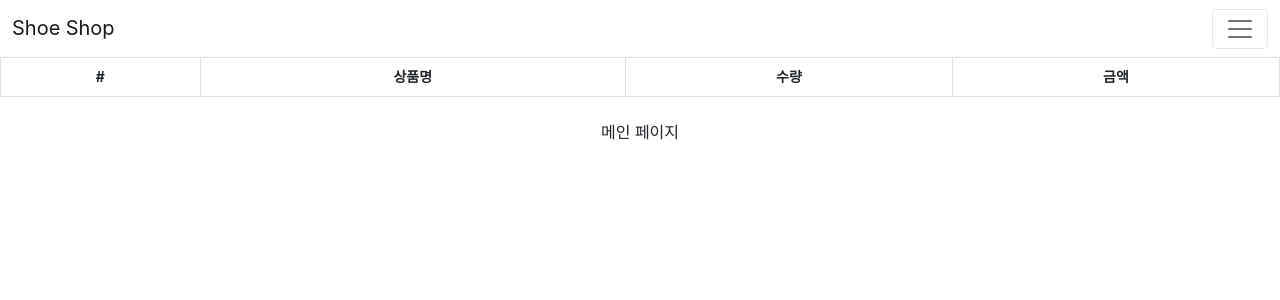
Repository: yangddoddi/shoe-store-pwa
Page: /#/cart
An editor plug-in stored every save of this project. The page is shown before and after a run of saves, followed by the edit.
The browser window is 1280 px wide. The pictures show the whole page.
The project was rebuilt for these pictures with package versions that can differ from the ones it lists, and the page was loaded fresh each time.

Above is the page before, as saved 2022-04-11 11:43:50.

After the next 2 saves:
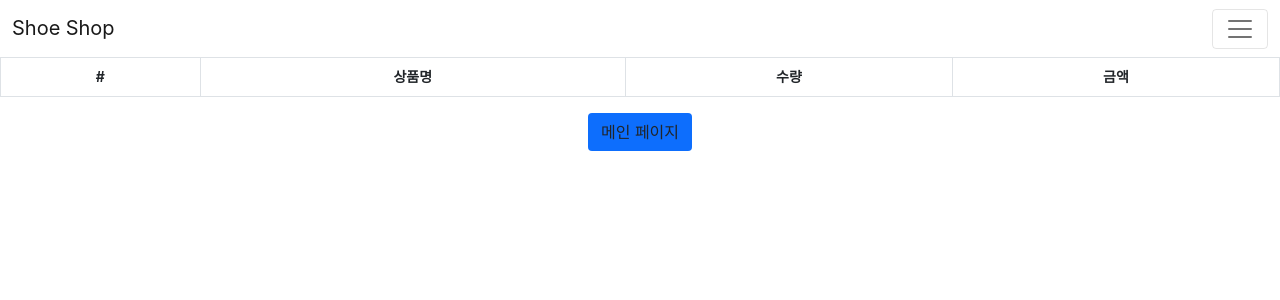
The 2 saves are shown as one change because they came seconds apart.
The last was saved 12 s later.
--- a/src/Cart.js
+++ b/src/Cart.js
@@ -63,7 +63,7 @@ function CartTable(props) {
           })}
         </tbody>
       </Table>
-      <button className="btn primary">메인 페이지</button>
+      <button className="btn bg-primary">메인 페이지</button>
     </>
   );
 }
